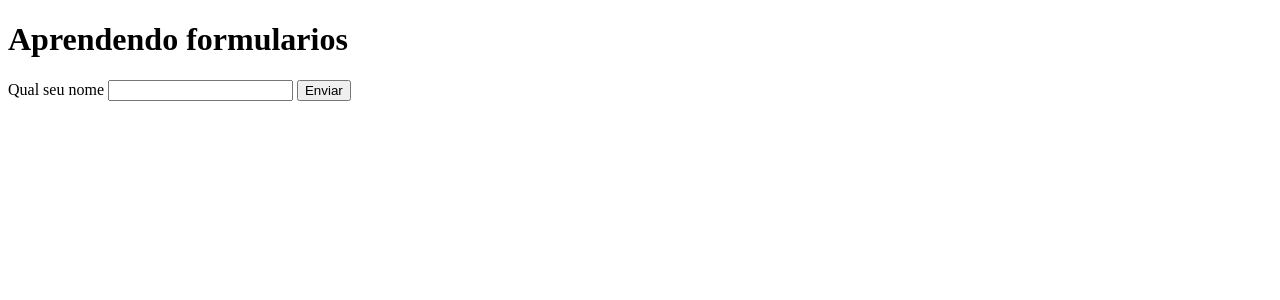
Repository: Lucianorodriguesdev/cursoHTML-CSS
Page: ex025/index.html
The author's editor kept a copy of each file at every save. The page is drawn from the files as they stood at one save, then again after the next save.
The browser window is 1280 px wide. The pictures show the whole page.

Above is the page before, as saved 2026-07-07 21:48:28.

### ex025/index.html
<!DOCTYPE html>
<html lang="pr-br">
<head>
    <meta charset="UTF-8">
    <meta name="viewport" content="width=device-width, initial-scale=1.0">
    <title>Formularios</title>
</head>
<body>
    <h1>Aprendendo formularios</h1>
    <form action="#">

            <!--funçao "autocomplete" no input, serve para que ele sugerir nomes que foram
            escritos para facilitar ele vem ativado, quando colocamos "off" ele desativa essa
            funçao-->

        <label for="inome">Qual seu nome</label>
        <input autocomplete="off" type="text" name="nome" id="inome">
        <input type="submit" value="Enviar">
    </form>

</body>
</html>

After the next save:
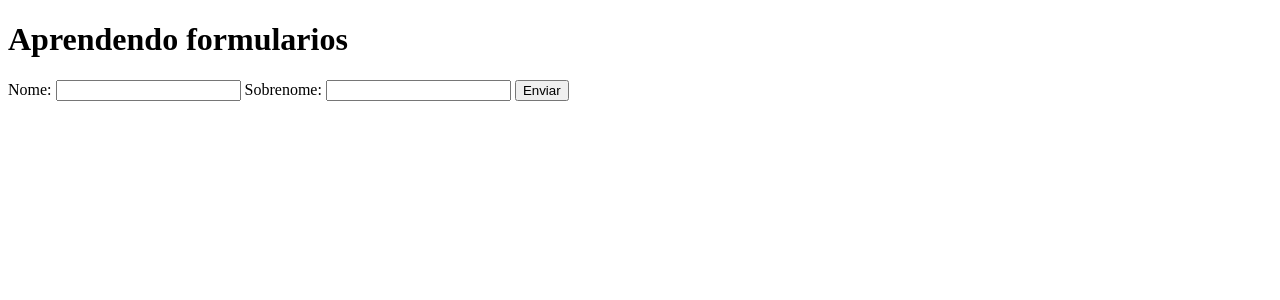
Saved 2 min 7 s later.
--- a/ex025/index.html
+++ b/ex025/index.html
@@ -7,14 +7,17 @@
 </head>
 <body>
     <h1>Aprendendo formularios</h1>
-    <form action="#">
+    <form action="cadastro.php">
 
             <!--funçao "autocomplete" no input, serve para que ele sugerir nomes que foram
             escritos para facilitar ele vem ativado, quando colocamos "off" ele desativa essa
             funçao-->
 
-        <label for="inome">Qual seu nome</label>
+        <label for="inome">Nome:</label>
         <input autocomplete="off" type="text" name="nome" id="inome">
+
+        <label for="isobrenome">Sobrenome:</label>
+        <input type="text" name="sobrenome" id="isobrenome">
         <input type="submit" value="Enviar">
     </form>
 
